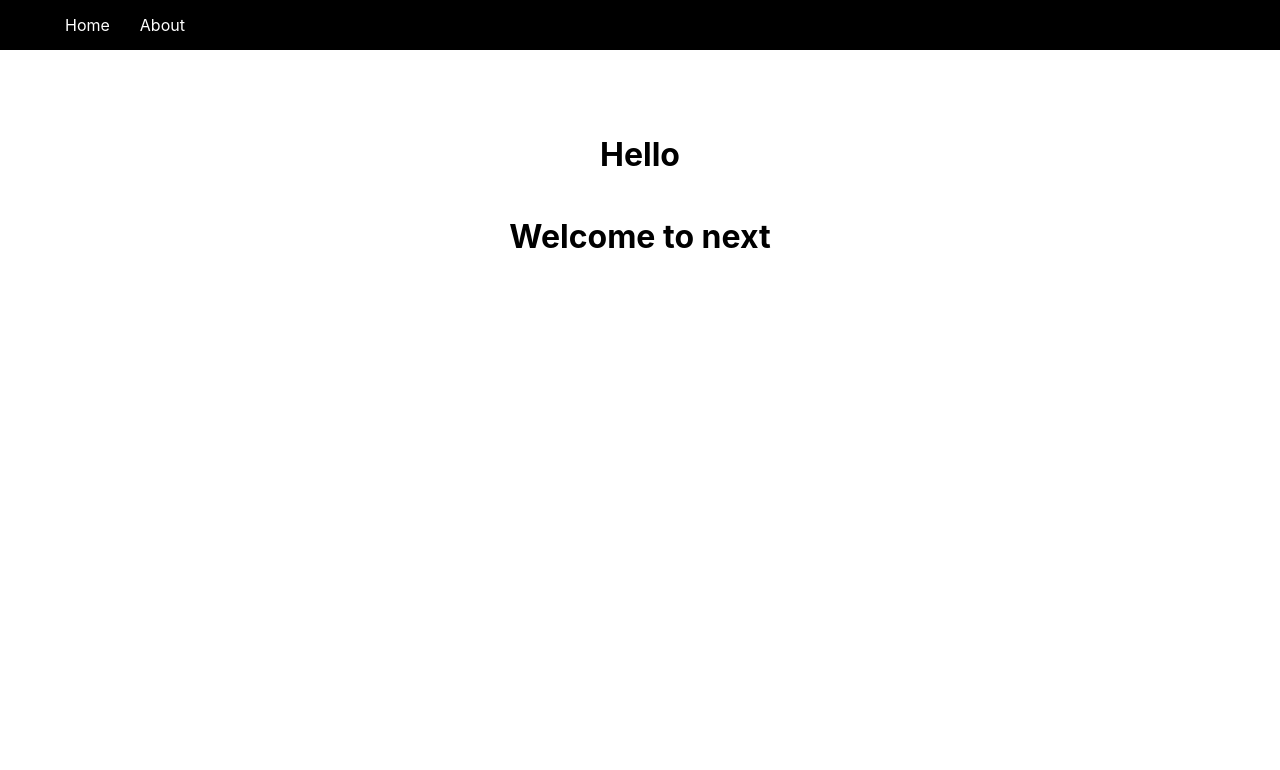
Repository: Bhanupratap02/Nextjs-practice
Page: /
An editor plug-in stored every save of this project. The page is shown before and after a run of saves, followed by the edit.
The browser window is 1280 px wide. The pictures show the whole page.
The project was rebuilt for these pictures with package versions that can differ from the ones it lists, and the page was loaded fresh each time. Some packages were replaced by stand-ins written for this rebuild. The framework's server and built-in components were replaced by stand-ins that run in the browser. Also part of the build but not shown: next.config.js, styles/Header.module.css.

Above is the page before, as saved 2022-03-05 12:15:09.

### pages/_app.js
import Layout from '../components/Layout'

import '../styles/globals.css'

function MyApp({ Component, pageProps }) {
  return (
    <Layout>
  <Component {...pageProps} />
  </Layout>
  )
}

export default MyApp

### pages/index.js
import Head from 'next/head'
import { Fragment } from 'react'



export default function Home() {
  return (
    <Fragment>
      <Head>
        <title>webdev Newz</title>

      </Head>
      <h1>Welcome to next </h1>
    </Fragment>
  )
}

### components/Layout.js
import styles from "../styles/Layout.module.css"
import Nav from "./Nav"

const  Layout = ({children}) => {
   return (
       <>
       <Nav/>
     <div className={styles.container }>
     <main className={styles.main}>
         <h1>Hello</h1>

       {children}
     </main>
     </div>
     </>
   )
 }

 export default Layout

### styles/Layout.module.css
.container {
  padding: 0 2rem;
}

.main {
  min-height: 100vh;
  padding: 4rem 0;
  flex: 1;
  display: flex;
  flex-direction: column;
  justify-content: flex-start;
  align-items: center;
}

.footer {
  display: flex;
  flex: 1;
  padding: 2rem 0;
  border-top: 1px solid #eaeaea;
  justify-content: center;
  align-items: center;
  font-size: 1.25rem;
}

.footer a {
  display: flex;
  justify-content: center;
  align-items: center;
  flex-grow: 1;
}

.title a {
  color: #0070f3;
  text-decoration: none;
}

.title a:hover,
.title a:focus,
.title a:active {
  text-decoration: underline;
}

.title {
  margin: 0;
  line-height: 1.15;
  font-size: 4rem;
}

.title,
.description {
  text-align: center;
}

.description {
  margin: 4rem 0;
  line-height: 1.5;
  font-size: 1.5rem;
}

.code {
  background: #fafafa;
  border-radius: 5px;
  padding: 0.75rem;
  font-size: 1.1rem;
  font-family: Menlo, Monaco, Lucida Console, Liberation Mono, DejaVu Sans Mono,
    Bitstream Vera Sans Mono, Courier New, monospace;
}

.grid {
  display: flex;
  align-items: center;
  justify-content: center;
  flex-wrap: wrap;
  max-width: 800px;
}

.card {
  margin: 1rem;
  padding: 1.5rem;
  text-align: left;
  color: inherit;
  text-decoration: none;
  border: 1px solid #eaeaea;
  border-radius: 10px;
  transition: color 0.15s ease, border-color 0.15s ease;
  max-width: 300px;
}

.card:hover,
.card:focus,
.card:active {
  color: #0070f3;
  border-color: #0070f3;
}

.card h2 {
  margin: 0 0 1rem 0;
  font-size: 1.5rem;
}

.card p {
  margin: 0;
  font-size: 1.25rem;
  line-height: 1.5;
}

.logo {
  height: 1em;
  margin-left: 0.5rem;
}

@media (max-width: 600px) {
  .grid {
    width: 100%;
    flex-direction: column;
  }
}

### components/Nav.js


 import navStyles from "../styles/Nav.module.css"
import Link from "next/link"


function Nav() {
  return (
    <nav className={navStyles.nav}>
        <ul>
            <li>
      <Link href="/">Home</Link>
            </li>
             <li>
      <Link href="/about">About</Link>
            </li>
        </ul>
        </nav>
  )
}

  export default Nav

### styles/Nav.module.css
.nav{
    height: 50px;
  padding: 10px;
  background: #000;
  color: #fff;
  display: flex;
  align-items: center;
  justify-content: flex-start;
}

.nav ul {
  display: flex;
  justify-content: center;
  align-items: center;
  list-style: none;
}

.nav ul li a {
  margin: 5px 15px;
}

### components/Header.js
import headerStyle from "../styles/Header.module.css"

function Header() {
  return (
    <div className="title">
        <h1>
            <span>Wendev</span>Newz
        </h1>
        <style jsx>
          {
              `
            .title{
                color:red
            }

              `
          }
        </style>
    </div>
  )
}

export default Header

Loaded but not shown: styles/globals.css (common file)

After the next 2 saves:
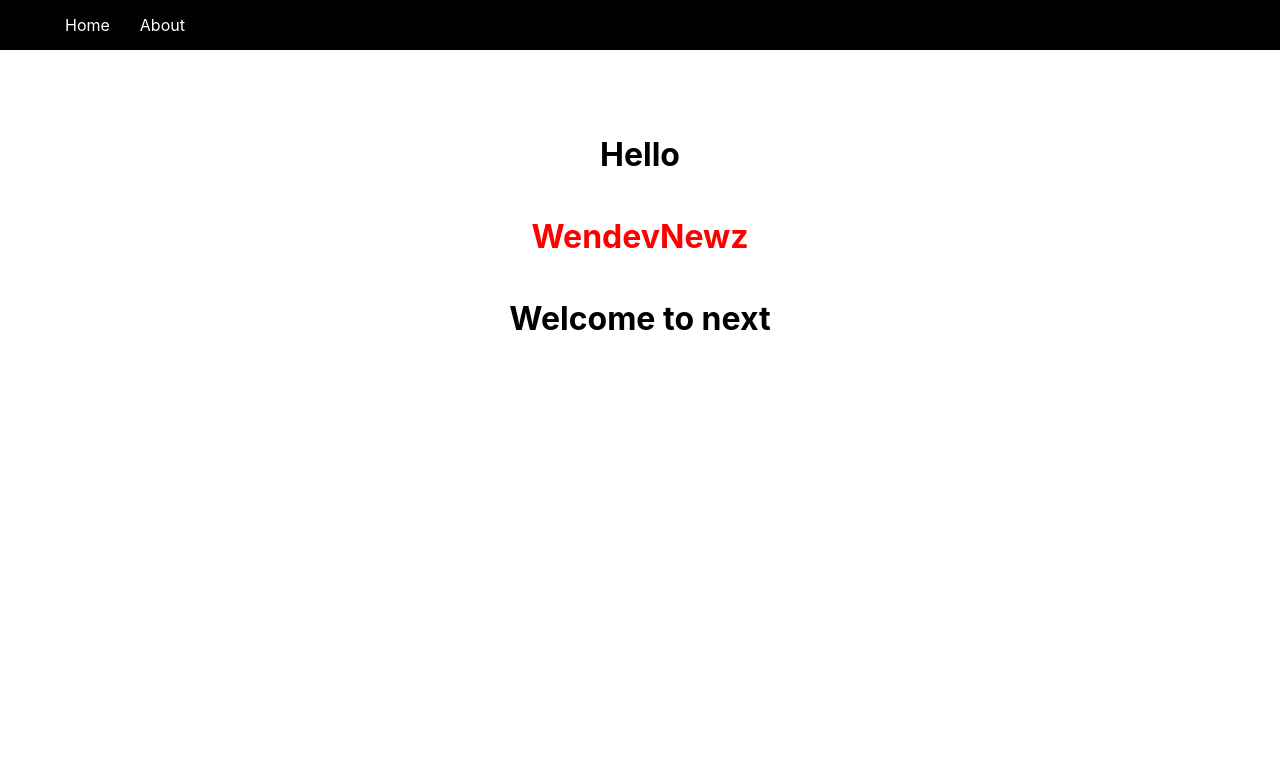
The 2 saves are shown as one change because they came seconds apart.
The last was saved 7 s later.
--- a/components/Layout.js
+++ b/components/Layout.js
@@ -1,4 +1,5 @@
 import styles from "../styles/Layout.module.css"
+import Header from "./Header"
 import Nav from "./Nav"
 
 const  Layout = ({children}) => {
@@ -8,7 +9,7 @@
      <div className={styles.container }>
      <main className={styles.main}>
          <h1>Hello</h1>
-
+         <Header/>
        {children}
      </main>
      </div>
